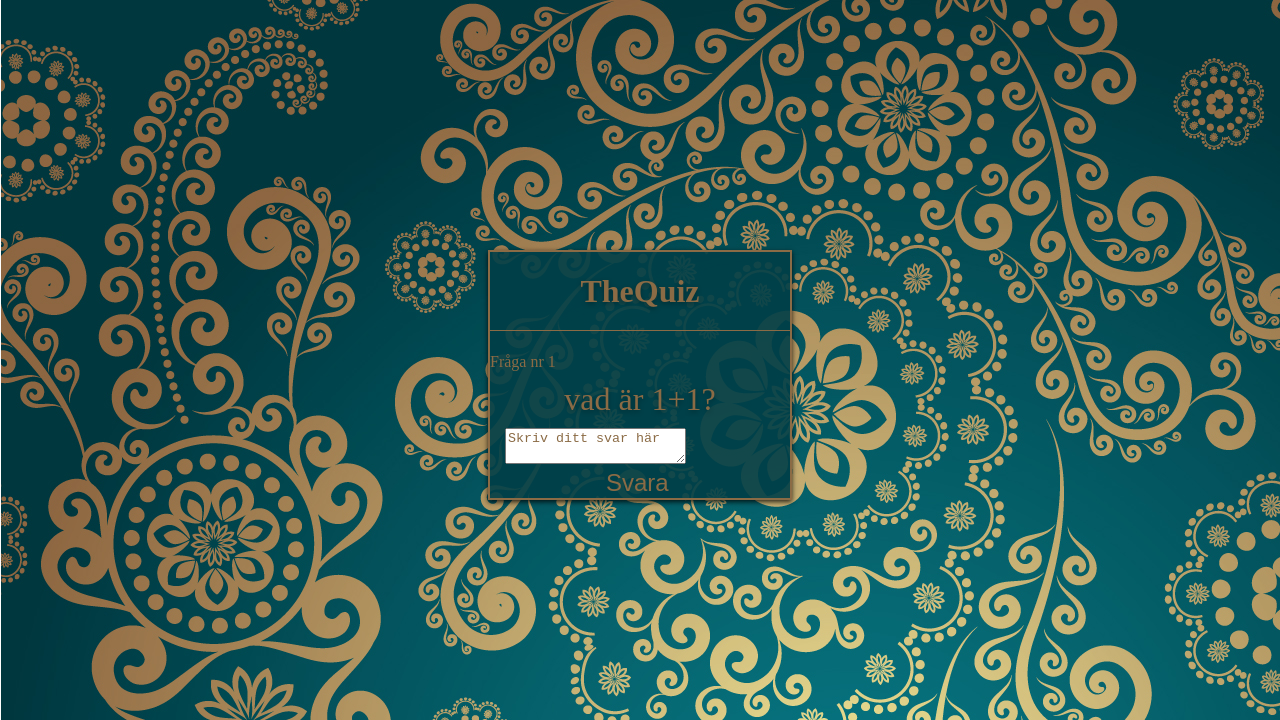
Repository: RebeccaFransson/1dv403-laborationer
Page: 4-thequiz/index.html
The author's editor kept a record of every edit. The page is drawn from the files as they stood at one moment, then again after the next edit.
The browser window is 1280 px wide. The pictures show the whole page.
The page's requests for data from a server got no answer.

Above is the page before.

### 4-thequiz/index.html
<!DOCTYPE html>
<html lang="sv">
<head>
	<meta charset="UTF-8" />
	<link rel="stylesheet" href="style.css" />
    <title>JavaScript - TheQuiz</title>
</head>
    <body>
        <div id="content">
        <header><h1>TheQuiz</h1></header>
        <div id="question">
            Fråga nr 1
            <div id="quest">vad är 1+1?</div>

        </div>
        <form>
     		<textarea id="nr2" placeholder="Skriv ditt svar här" type="text" id="textvalue" ></textarea>
     		<input type="submit" value="Svara" id="send"/>
     		<p id="value"></p>
        </form>

        <div id="wrong" class="hidden" >
            <h2>Fel svar</h2> försök igen!
        </div>
        <div id="right" class="hidden" >
            <h2>Rätt svar</h2> nu svara på nästa fråga!
        </div>

 		</div>
 		<script src="script/theQuiz.js"></script>
    </body>
</html>

### 4-thequiz/style.css
body{
    background-image: url('BG.jpg');
    color:#8B6B45;
}
#content{
    width:300px;
    margin:auto;
    margin-top:250px;
    border: 2px solid #8B6B45;
    box-shadow: 0 2px 5px rgba(0, 0, 0, 0.8);
    background-color:rgba(0, 63, 72, 0.9);

}
h1{
    width: 300px;
    text-align:center;
    border:rgba(0, 63, 72, 0.5);
    border-bottom:1px solid #8B6B45;
    padding-bottom:20px;
    text-shadow: 0 2px 5px rgba(0, 0, 0, 0.3);
}
#nr{
    width: 270px;
    margin:auto;
    margin-bottom:20px;
    text-shadow: 0 2px 5px rgba(0, 0, 0, 0.8);
    text-align:center;
    font-size:1em;
    background-color:rgba(0, 63, 72, 0.5);
    border:1px solid rgb(0, 63, 72);
    -moz-border-radius: 10px;
    border-radius: 10px;
}
#quest{
    text-shadow: 0 2px 5px rgba(0, 0, 0, 0.3);
    text-align:center;
    font-size:2em;
    margin:10px;
}
form{
    width:270px;
    height:70px;
    margin:auto;
}
#textvalue{
    width:170px;
    position:relative;
    left:50px;
    border:rgba(0, 63, 72, 0.5);
    border-bottom:2px dotted #8B6B45;
    text-align:center;
    font-size:1em;
    background-color:rgba(0, 63, 72, 0.5);
    color: #8B6B45;
}
#send{
    width:70px;
    color: #8B6B45;
    margin-left:95px;
    border:none;
    font-size:1.5em;
    background-color:rgba(0, 63, 72, 0.1);

}
#send:hover{
    color:#8D6541;
    text-shadow: 0 5px 5px rgba(0, 0, 0, 0.3);
}
::-webkit-input-placeholder {
   color: #8B6B45;
}

:-moz-placeholder { /* Firefox 18- */
   color: #8B6B45;
}

::-moz-placeholder {  /* Firefox 19+ */
   color: #8B6B45;
}

:-ms-input-placeholder {
   color: #8B6B45;
}

.answer{
    width:300px;
    font-size:1.5em;
    text-align:center;
    position:absolute;
    top:270px;
    -moz-border-radius: 10px;
    border-radius: 10px;
    box-shadow: 0 5px 5px rgba(0, 0, 0, 0.8);
}

h2{
    font-size:1.8em;
    text-shadow: 0 2px 5px rgba(0, 0, 0, 0.3);
    margin:0;
}
#wrong{
    background-color:red;
}
#right{
    background-color:green;
}
.hidden{
    display:none;
}

### 4-thequiz/script/theQuiz.js
window.onload = function()  {


        var xhr = new XMLHttpRequest();

        xhr.onreadystatechange = function(){ //denna kod skall köras när vi får ett svar
            console.log('svar');
            if(xhr.readyState === 4 && xhr.status === 200){//allt ok

                var quest = JSON.parse(xhr.responseText);
                console.log('OK'+quest.question); //svarstext

                document.getElementById('quest').innerHTML = quest.question;

                document.getElementById('send').addEventListener('click', function(e){//hämtar ut knapp, sätter klick
                e.preventDefault();
                send(xhr, quest);
            });


            }else if(xhr.status === 404){
                    console.log('Hittades ej');
            }else{
                console.log('Fått tillbaka svar men annat fel ' + xhr.readyState);
            }


        };

        xhr.open('GET', "http://vhost3.lnu.se:20080/question/1", true); //asynkromt anrop

        xhr.send(null);

}

var send = function(xhr, quest){
        var input = document.getElementById('textvalue').value;

        xhr.open('POST', quest.nextURL, true);//skicka data till nästa url
        xhr.setRequestHeader('Content-Type', 'application/json');//talar om att ypen är json

        var product = {
            id: 1,
            answer: input,
        }

        xhr.send(JSON.stringify(product));

        xhr.onreadystatechange = function(){ //denna kod skall köras när vi får ett svar
            console.log('svar');

            var answer = JSON.parse(xhr.responseText);
            console.log('OK meddelande : '+answer.message); //svarstext
            if(answer.nextURL != 'undefined'){

            }else{
                var wrong = document.getElementById('wrong');
                wrong.setAttribute('class', '');
                wrong.innerHTML = answer.message;

            }
        }

        //om svaret är rätt gå vidare till nästa fråga

        // xhr.open('GET', quest.nextURL, true);
        // var answer = JSON.parse(xhr.responseText);
        // console.log(answer);
}

After the next edit:
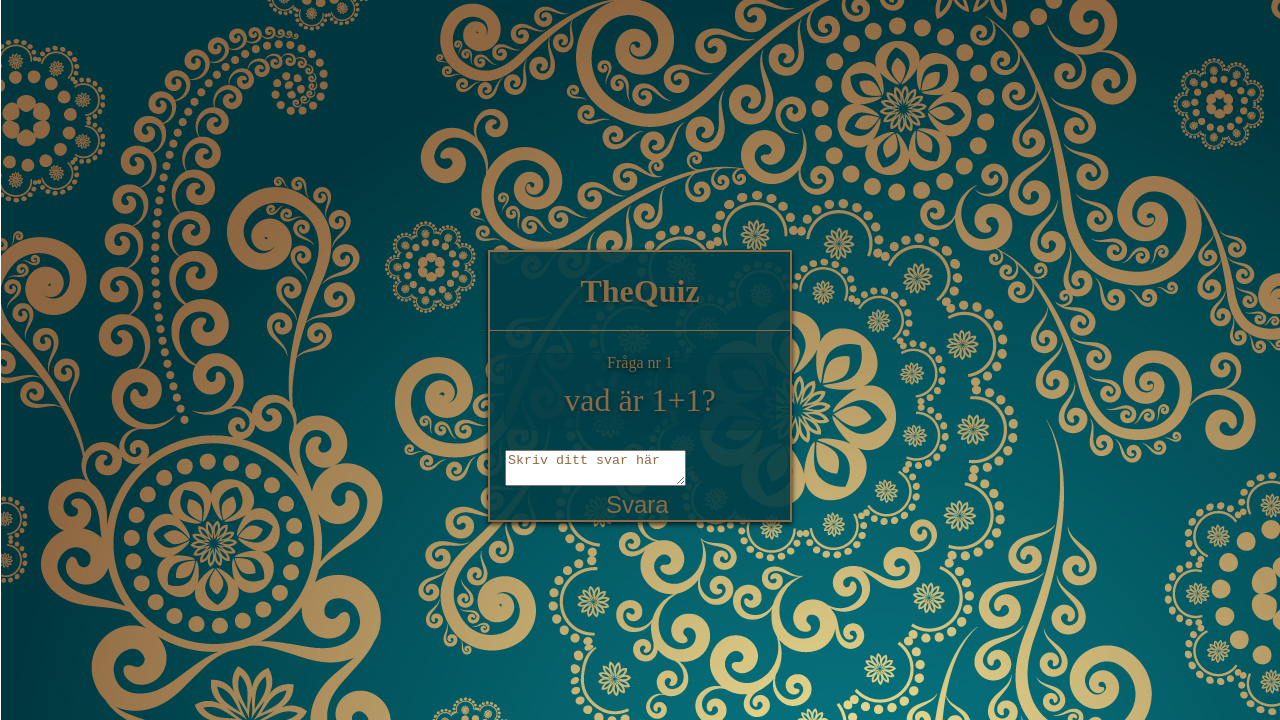
The edit:
--- a/4-thequiz/index.html
+++ b/4-thequiz/index.html
@@ -8,7 +8,7 @@
     <body>
         <div id="content">
         <header><h1>TheQuiz</h1></header>
-        <div id="question">
+        <div id="nr">
             Fråga nr 1
             <div id="quest">vad är 1+1?</div>
 
